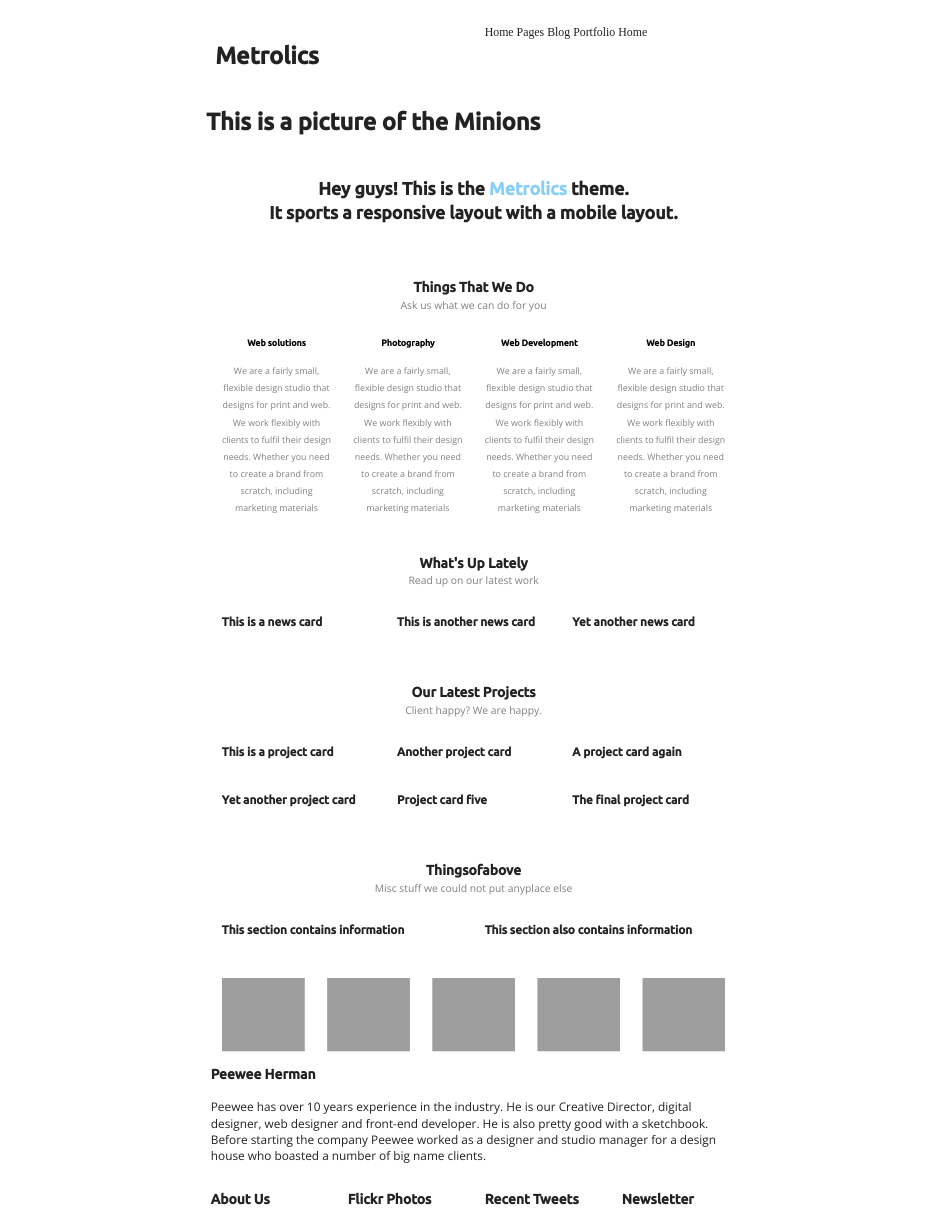
Repository: kennyharman/Marlowe_Kenny_Lab_02B
Page: index.html
An editor plug-in stored every save of this project. The page is shown before and after the next save, followed by the edit.
The browser window is 1280 px wide. The pictures show the whole page, at 74% of full size.
Pictures or frames that could not be fetched are drawn as grey boxes.

Above is the page before, as saved 2024-02-05 21:03:23.

After the next save:
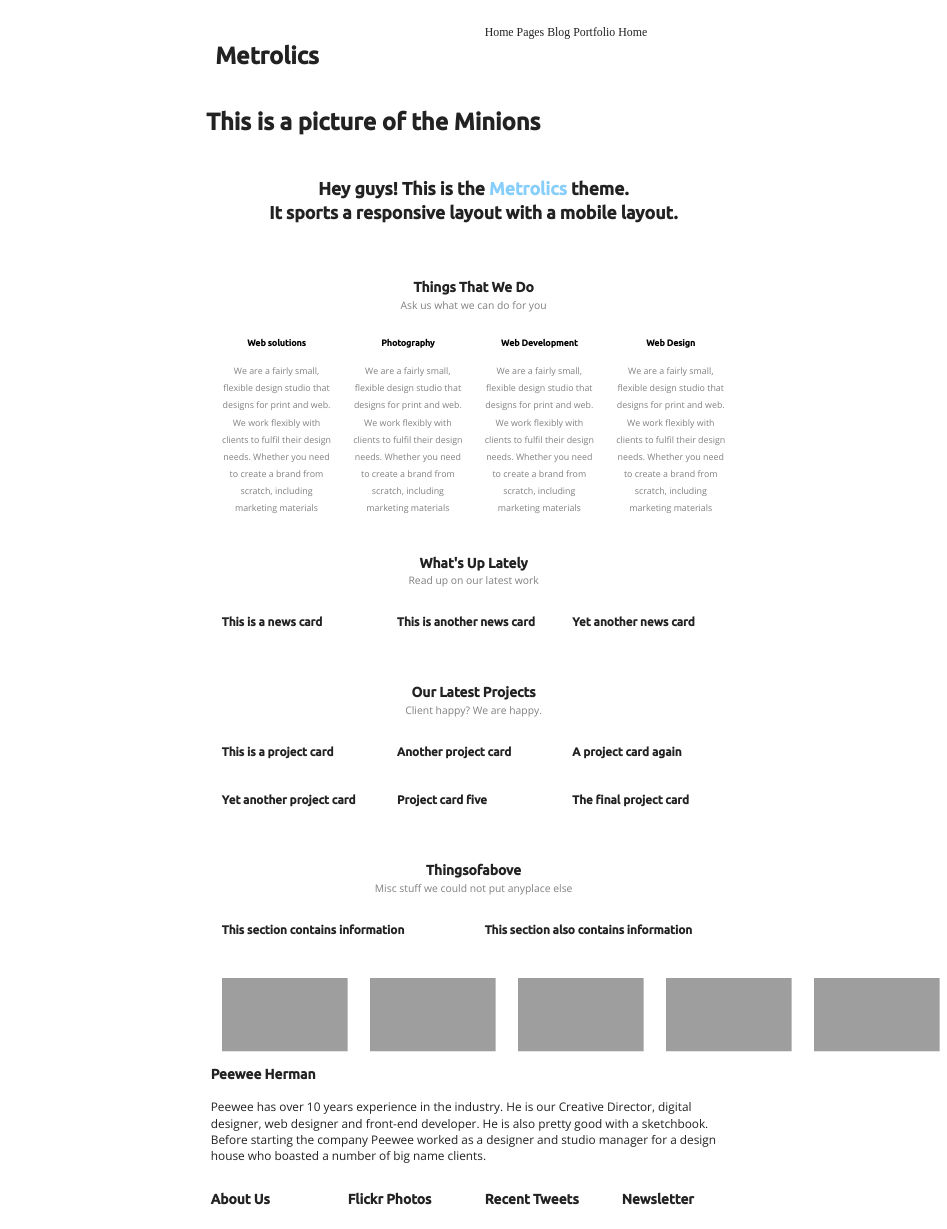
Saved 24 s later.
--- a/css/style.css
+++ b/css/style.css
@@ -330,6 +330,7 @@ p {
 
 .affiliates-card {
   padding: 0 auto;
+  width: 170px;
 }
 
 .affiliates-card > img {

After the save that followed:
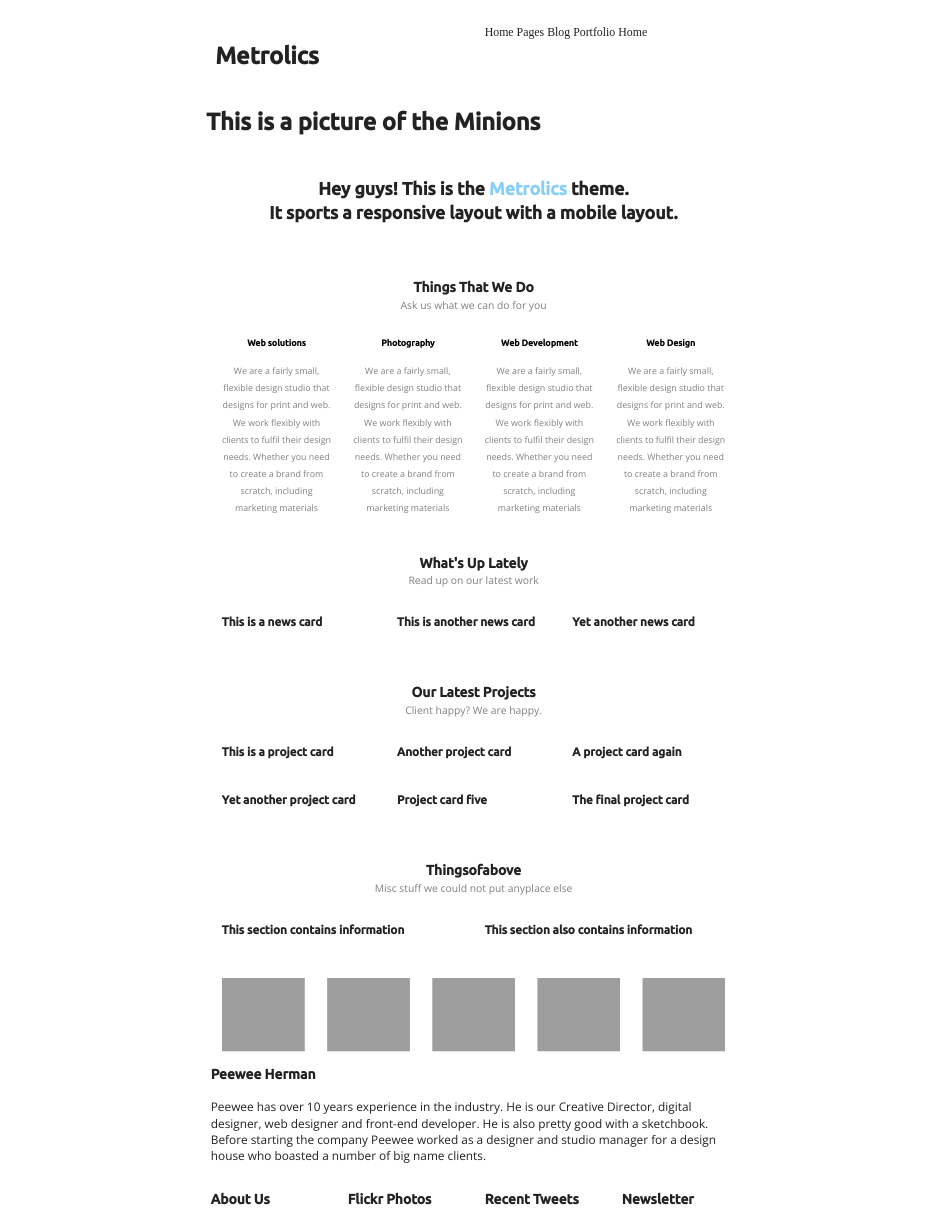
Saved 37 s later.
--- a/css/style.css
+++ b/css/style.css
@@ -330,7 +330,6 @@ p {
 
 .affiliates-card {
   padding: 0 auto;
-  width: 170px;
 }
 
 .affiliates-card > img {
